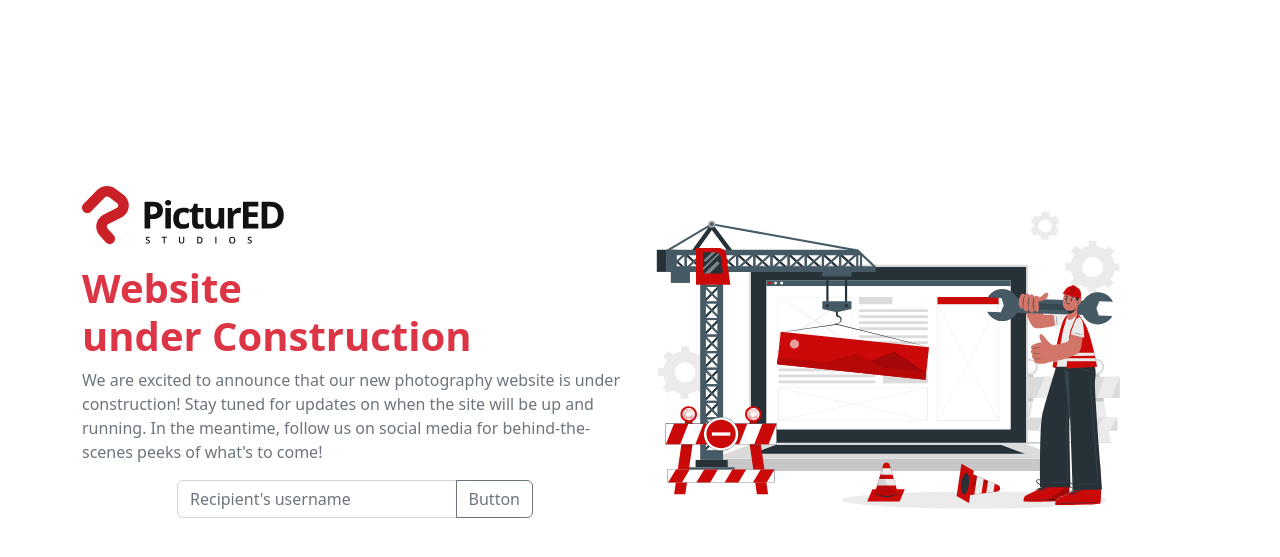
Repository: tHEO2k17/pictured
Page: /
These files come from the project's save history. The page is drawn as it stood at one moment and after a run of saves; the edit follows.
The browser window is 1280 px wide. The pictures show the whole page.
The project was rebuilt for these pictures with package versions that can differ from the ones it lists, and the page was loaded fresh each time.

Above is the page before, as saved 2022-09-14 14:14:05.

### src/App.tsx
import React from "react";
import {
  Container,
  Col,
  Row,
  Image,
  InputGroup,
  Button,
  Form,
} from "react-bootstrap";
import logo from "./core/res/images/logo.svg";
import sideImage from "./core/res/images/side-image.svg";

function App() {
  return (
    <Container className="min-vh-100">
      <Row className="min-vh-100 align-items-center">
        <Col>
          <Image src={logo} />
          <h1 className="text-danger fw-bold mt-3">
            Website <br /> under Construction
          </h1>

          <p className="text-muted">
            We are excited to announce that our new photography website is under
            construction! Stay tuned for updates on when the site will be up and
            running. In the meantime, follow us on social media for
            behind-the-scenes peeks of what's to come!
          </p>

          <Row>
            <Col md={{ span: 8, offset: 2 }}>
              <InputGroup className="mb-3 ">
                <Form.Control
                  placeholder="Recipient's username"
                  aria-label="Recipient's username"
                  aria-describedby="basic-addon2"
                />
                <Button variant="outline-secondary" id="button-addon2">
                  Button
                </Button>
              </InputGroup>
            </Col>
          </Row>


          {/* <Row>
            <Col md={{ span: 8, offset: 2 }}>
              <InputGroup className="mb-3 ">
                <Form.Control
                  placeholder="Recipient's username"
                  aria-label="Recipient's username"
                  aria-describedby="basic-addon2"
                />
                <Button variant="outline-secondary" id="button-addon2">
                  Button
                </Button>
              </InputGroup>
            </Col>
          </Row> */}
        </Col>
        <Col>
          <Image src={sideImage} />
        </Col>
      </Row>
    </Container>
  );
}

export default App;

Loaded but not shown: public/index.html (common file); src/index.tsx (common file); src/index.scss (common file)

After the next 2 saves:
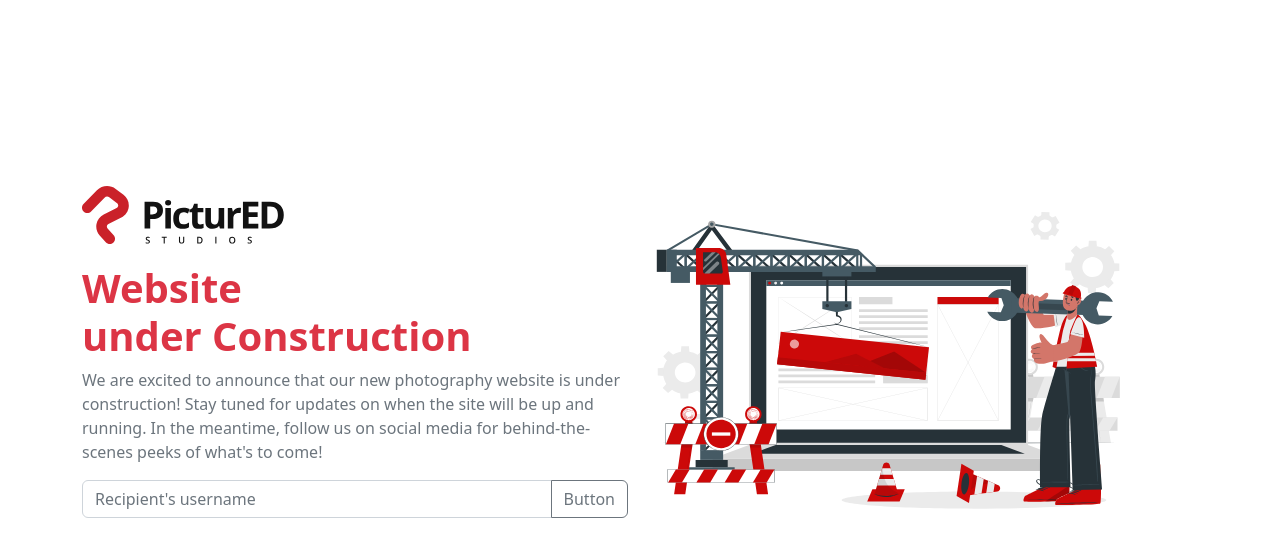
The 2 saves are shown as one change because they came seconds apart.
The last was saved 11 s later.
--- a/src/App.tsx
+++ b/src/App.tsx
@@ -28,21 +28,16 @@ function App() {
             behind-the-scenes peeks of what's to come!
           </p>
 
-          <Row>
-            <Col md={{ span: 8, offset: 2 }}>
-              <InputGroup className="mb-3 ">
-                <Form.Control
-                  placeholder="Recipient's username"
-                  aria-label="Recipient's username"
-                  aria-describedby="basic-addon2"
-                />
-                <Button variant="outline-secondary" id="button-addon2">
-                  Button
-                </Button>
-              </InputGroup>
-            </Col>
-          </Row>
-
+          <InputGroup className="mb-3 ">
+            <Form.Control
+              placeholder="Recipient's username"
+              aria-label="Recipient's username"
+              aria-describedby="basic-addon2"
+            />
+            <Button variant="outline-secondary" id="button-addon2">
+              Button
+            </Button>
+          </InputGroup>
 
           {/* <Row>
             <Col md={{ span: 8, offset: 2 }}>
